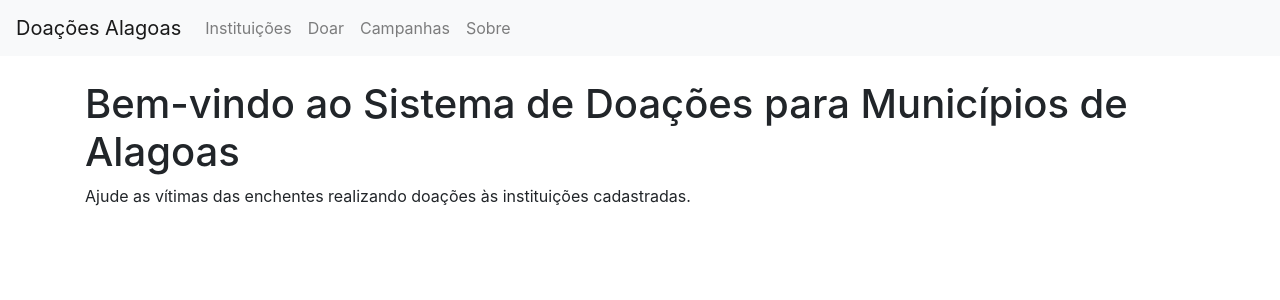
Repository: rafaelcrb/mvp-doacoes-alagoas
Page: http://localhost/
These files come from the project's save history. The page is drawn as it stood at one moment and after the next save; the edit follows.
The browser window is 1280 px wide. The pictures show the whole page.
The page is served by the project's application, run on Flask 3 (app.py).

Above is the page before, as saved 2025-05-25 11:34:44.

After the next save:
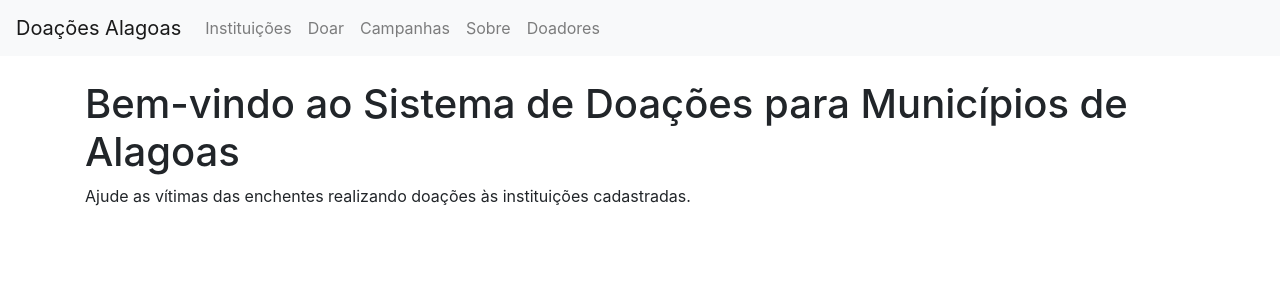
Saved 59 s later.
--- a/templates/base.html
+++ b/templates/base.html
@@ -14,6 +14,8 @@
       <li class="nav-item"><a class="nav-link" href="/doar">Doar</a></li>
       <li class="nav-item"><a class="nav-link" href="/campanhas">Campanhas</a></li>
       <li class="nav-item"><a class="nav-link" href="/sobre">Sobre</a></li>
+      <li class="nav-item"><a class="nav-link" href="/doadores">Doadores</a></li>
+
     </ul>
   </div>
 </nav>
